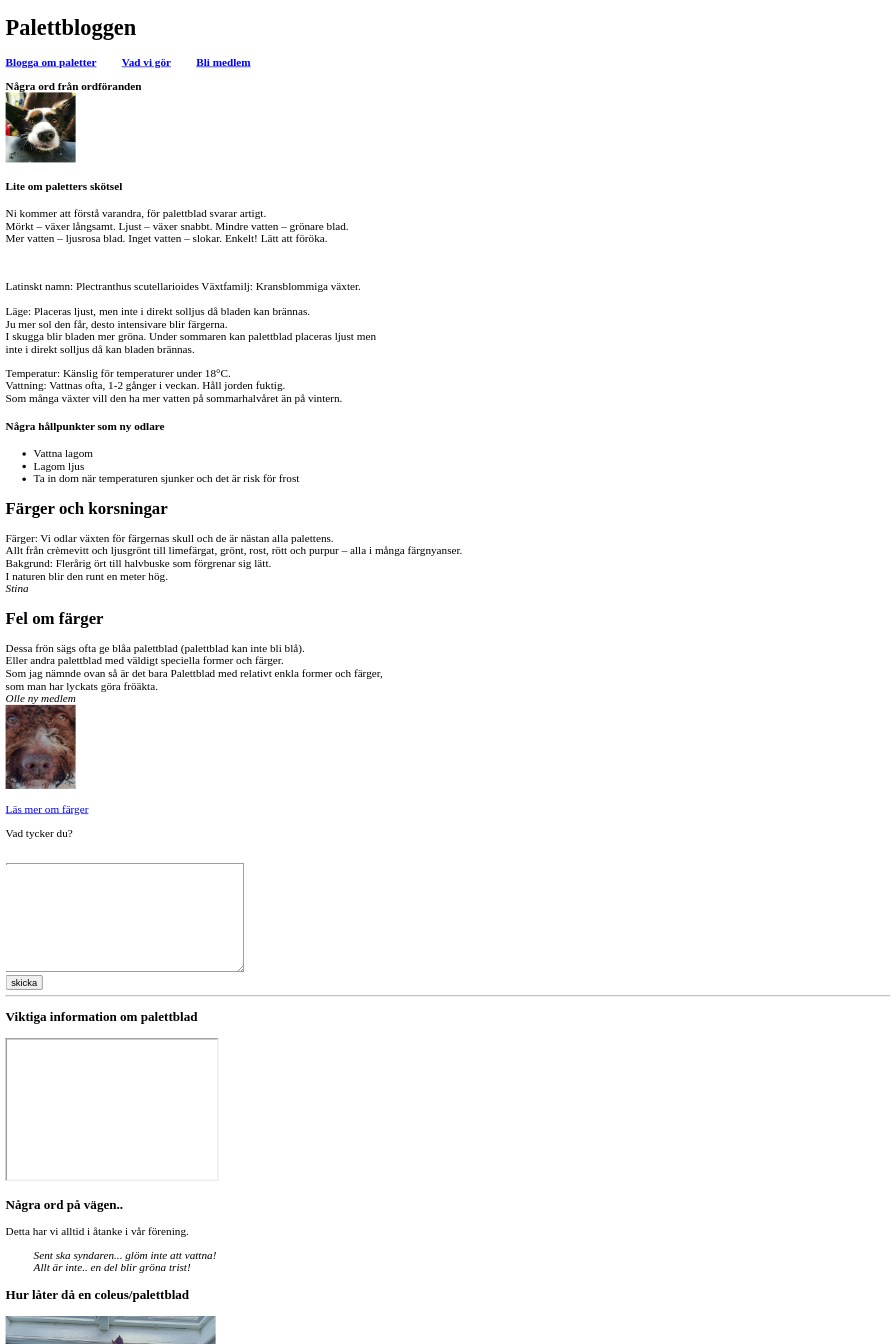
Repository: Webutveckling-20-21/Uppgift-1
Page: blogg.html
These files come from the project's save history. The page is drawn as it stood at one moment and after a run of saves; the edit follows.
The browser window is 1280 px wide. The pictures show the part of the page from y = 0 to 1920 px (the page is 2931 px tall before and 2915 px after), at 70% of full size.
Pictures or frames that could not be fetched are drawn as grey boxes.

Above is the page before, as saved 2021-09-07 12:25:03.

### blogg.html
<!DOCTYPE html>
<html lang="sv">

<head>
    <meta charset="UTF-8">
    <meta name="viewport" content="width=device-width, initial-scale=1.0">
    <title>Föreningens blogg</title>
</head>

<body>
    <header>
        <h1>Palettbloggen</h1>
        <!-- Här läggs alla länkar in-->
        <a href="blogg.html"><b> Blogga om paletter</b></a>&nbsp;&nbsp;&nbsp;&nbsp;&nbsp;&nbsp;&nbsp;&nbsp;
        <a href="verksamheten.html"><b> Vad vi gör</b></a>&nbsp;&nbsp;&nbsp;&nbsp;&nbsp;&nbsp;&nbsp;&nbsp;
        <a href="medlemskap.html"><b>Bli medlem</b></a>

    </header>
    <main>
        <section>
            <article>
                <!-- första blogginlägget -->





                <p><b> Några ord från ordföranden <br>
                      <img src="images/ord.jpg" width="100" height="100" alt="Ordförande"> <br>
                       <h4>Lite om paletters skötsel</h4>
                </b></p>

                <p> Ni kommer att förstå varandra, för palettblad svarar artigt. <br> Mörkt – växer långsamt. Ljust
                    –
                    växer
                    snabbt. Mindre vatten – grönare blad. <br> Mer vatten – ljusrosa blad. Inget vatten – slokar.
                    Enkelt!
                    Lätt att föröka. </p> <br>

                <p> Latinskt namn: Plectranthus scutellarioides
                    Växtfamilj: Kransblommiga växter. <br> <br>



                    Läge: Placeras ljust, men inte i direkt solljus då bladen kan brännas. <br>
                    Ju mer sol den får, desto
                    intensivare blir färgerna. <br> I skugga blir bladen mer gröna.
                    Under sommaren kan palettblad placeras ljust men <br> inte i direkt solljus då kan bladen
                    brännas.
                    <br>
                </p>

                Temperatur: Känslig för temperaturer under 18°C. <br>

                Vattning: Vattnas ofta, 1-2 gånger i veckan. Håll jorden fuktig. <br> Som många växter vill den ha
                mer
                vatten på sommarhalvåret än på vintern. <br>

                <h4>Några hållpunkter som ny odlare</h4>
                <ul>
                    <li>Vattna lagom</li>
                    <li>Lagom ljus</li>
                    <li>Ta in dom när temperaturen sjunker och det är risk för frost</li>
                </ul>
                </p>
            </article>

            <article>
                <!-- Andra inlägget  -->
                <h2>Färger och korsningar</h2>
                <p> Färger: Vi odlar växten för färgernas skull och de är nästan alla palettens. <br> Allt från
                    crèmevitt
                    och ljusgrönt till limefärgat, grönt, rost, rött och purpur – alla i många färgnyanser. <br>
                    Bakgrund:
                    Flerårig ört till halvbuske som förgrenar sig lätt. <br> I naturen blir den runt en meter hög. <br>
                    <i> Stina</i>
                </p>


            </article>

            <article>
                <!-- Tredje inlägget -->
                <h2>Fel om färger</h2>
                <p> Dessa frön sägs ofta ge blåa palettblad (palettblad kan inte bli blå). <br> Eller andra palettblad
                    med
                    väldigt speciella former och färger. <br> Som jag nämnde ovan så är det bara Palettblad med relativt
                    enkla former och färger, <br> som man har lyckats göra fröäkta. <br>
                    <i>Olle ny medlem</i>
                    <br>
                    <img src="images/olle.jpg" width="100" height="120" alt="olle">
                </p>

                <a href="https://coleus.blogg.se/">Läs mer om färger</a>
            </article>
            <label for="bloggpost">
                <p>Vad tycker du?</p>
            </label><br>
            <textarea name="" id="bloggpost" cols="40" rows="10"></textarea><br>
            <input type="submit" value="skicka">
        </section>
    </main>
    <hr>
    <aside>
        <section>
            <article>
                <h3>Viktiga information om palettblad</h3>

                <iframe src="https://youtu.be/BvaeieAXEZY" height="200" width="300" title="Iframe Example"></iframe>
            </article>
        </section>
        <article>
            <h3>Några ord på vägen..</h3>
            Detta har vi alltid i åtanke i vår förening.
            <!-- ett element för citat -->
            <blockquote>
                <i> Sent ska syndaren... glöm inte att vattna!</i>
                <br>
                <i> Allt är inte.. en del blir gröna trist!</i>
                <br>
            </blockquote>
            <h3>Hur låter då en coleus/palettblad</h3>
            <img src="images/pal.jpg" width="300" height="200" alt="en palett">
            <figure>
                <audio controls src="sounds/w.oga"></audio>
                <figcaption>Den bubblar av glädje när jag vattnar :).</figcaption>

                <p> Ett vackert samspel mellan människor och växter. <br>
                    <bold> Detta och mycket annat penetrerar vi på våra möten..</bold>
                </p>
            </figure>


            <figure>
                <blockquote>
                    <p>Det var en vacker aprildag ocg jag tittade på mina paletter och upptäckte till min
                        bestörtning-ohyra.</p>
                </blockquote>
                <figcaption> <cite><a href="https://coleus.blogg.se/2019/july/ohyra-trips-spinn-och-mjoldagg.html">
                            Fasan- ohyra - trips, spinn och mjöldagg</a></cite> </figcaption>
            </figure>

        </article>
        <hr>
        <section>
            <article>
                <h3>Var växer då palettblad?</h3>
                <p>
                    <b> <i> Här har vi en växplats som vi lyckats lokalisera
                            Koarp 266 Halland nära skånegränsen. </i> </b> <br> <br>
                    <hr>

                    <iframe width="300" height="200" src="https://kartor.eniro.se/m/GUsQ0">
                    </iframe> <br>

                    <b> Här ser ni en odlare </b><br>
                    <img src="images/odl.jpg" width="100" height="100" alt="en odlare"> <br>

                </p>
                <hr>
            </article>
        </section>

    </aside> <br><br>
    <hr>
    <footer>
        <p> &copy; Palettföreningen</p>
        <nav>
            <p>
                <a href="blogg.html">Startsidan</a> -
                <a href="villkor.html">Användarvillkor</a> -
                <a href="kontakt.html">Kontakt</a>
            </p>
        </nav>


    </footer>
    <hr>
</body>


</html>

After the next 2 saves:
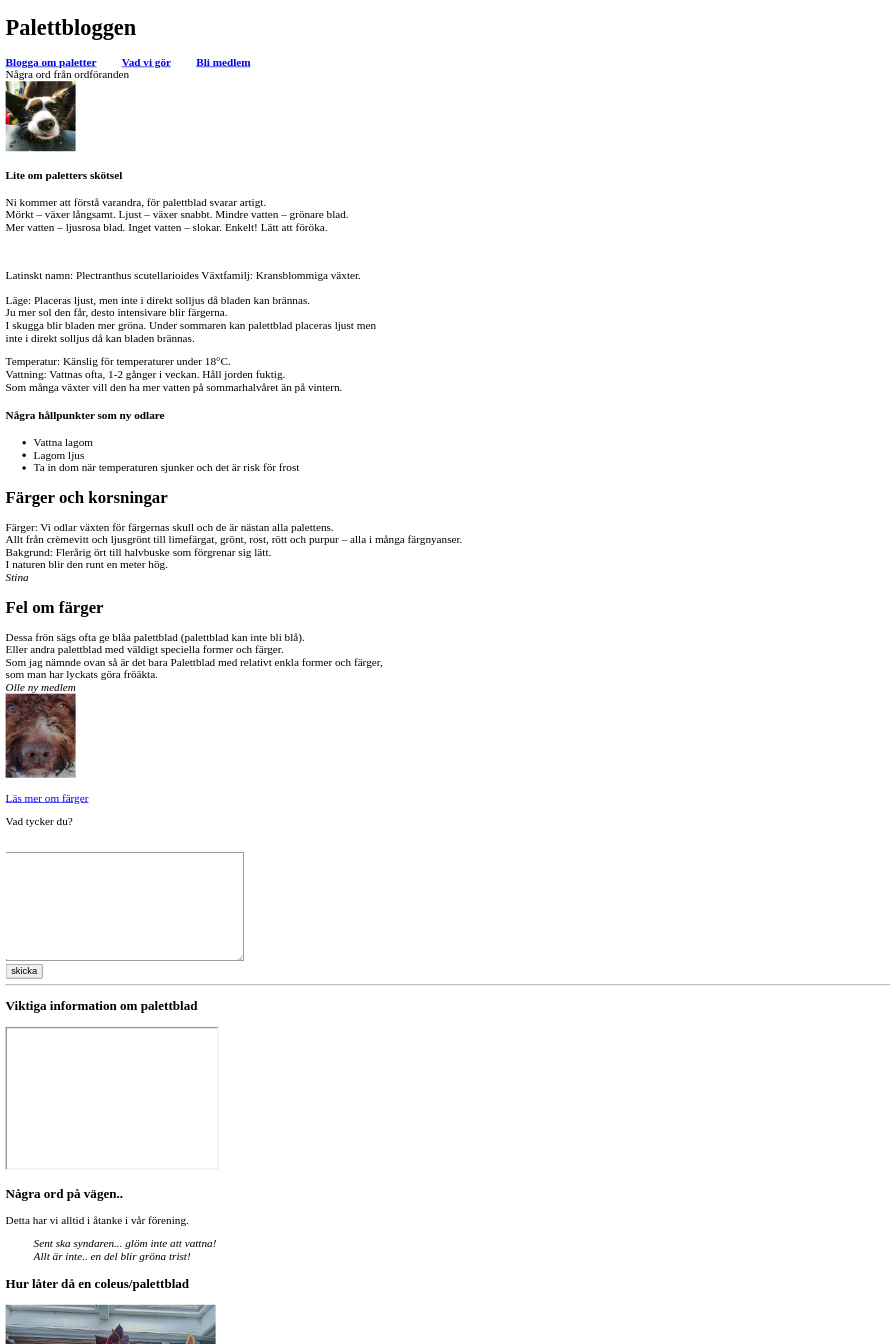
The 2 saves are shown as one change because they came seconds apart.
The last was saved 13 s later.
--- a/blogg.html
+++ b/blogg.html
@@ -25,7 +25,7 @@
 
 
 
-                <p><b> Några ord från ordföranden <br>
+                <h3<b> Några ord från ordföranden <br>
                       <img src="images/ord.jpg" width="100" height="100" alt="Ordförande"> <br>
                        <h4>Lite om paletters skötsel</h4>
                 </b></p>
